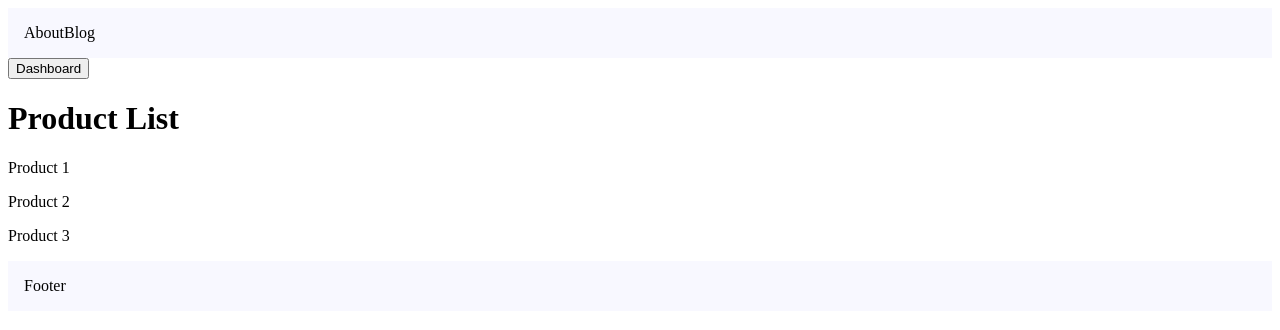
Repository: Mbote-Joseph/Nextjs-Learning
Page: /products
An editor plug-in stored every save of this project. The page is shown before and after the next save, followed by the edit.
The browser window is 1280 px wide. The pictures show the whole page.
The project was rebuilt for these pictures with package versions that can differ from the ones it lists, and the page was loaded fresh each time. The framework's server and built-in components were replaced by stand-ins that run in the browser. Also part of the build but not shown: next.config.mjs.

Above is the page before, as saved 2024-09-17 17:48:02.

After the next save:
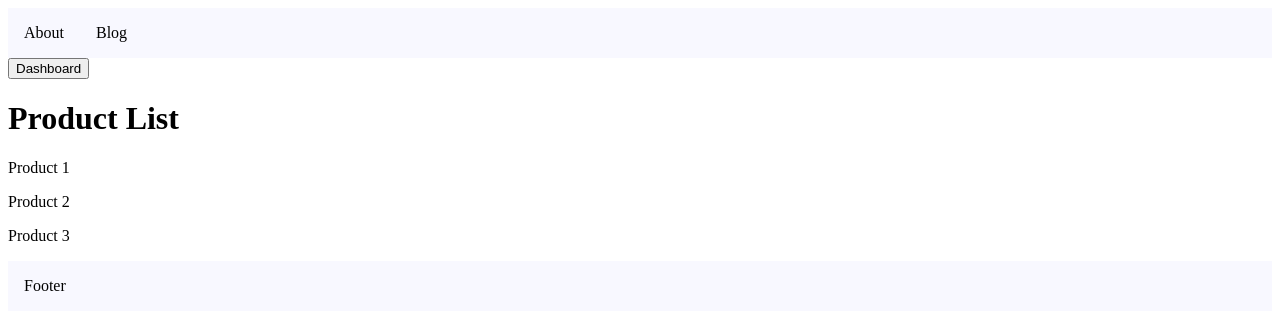
Saved 38 s later.
--- a/src/app/header.tsx
+++ b/src/app/header.tsx
@@ -9,12 +9,13 @@ export default function Header() {
                 color: "black",
                 textDecoration: "none",
                 fontSize: "1rem",
-
+                marginRight: "2rem"
             }} href="/about">About</Link>
             <Link style={{
                 color: "black",
                 textDecoration: "none",
                 fontSize: "1rem",
+                marginRight: "2rem"
             }}
              href="/blog">Blog</Link>
 
